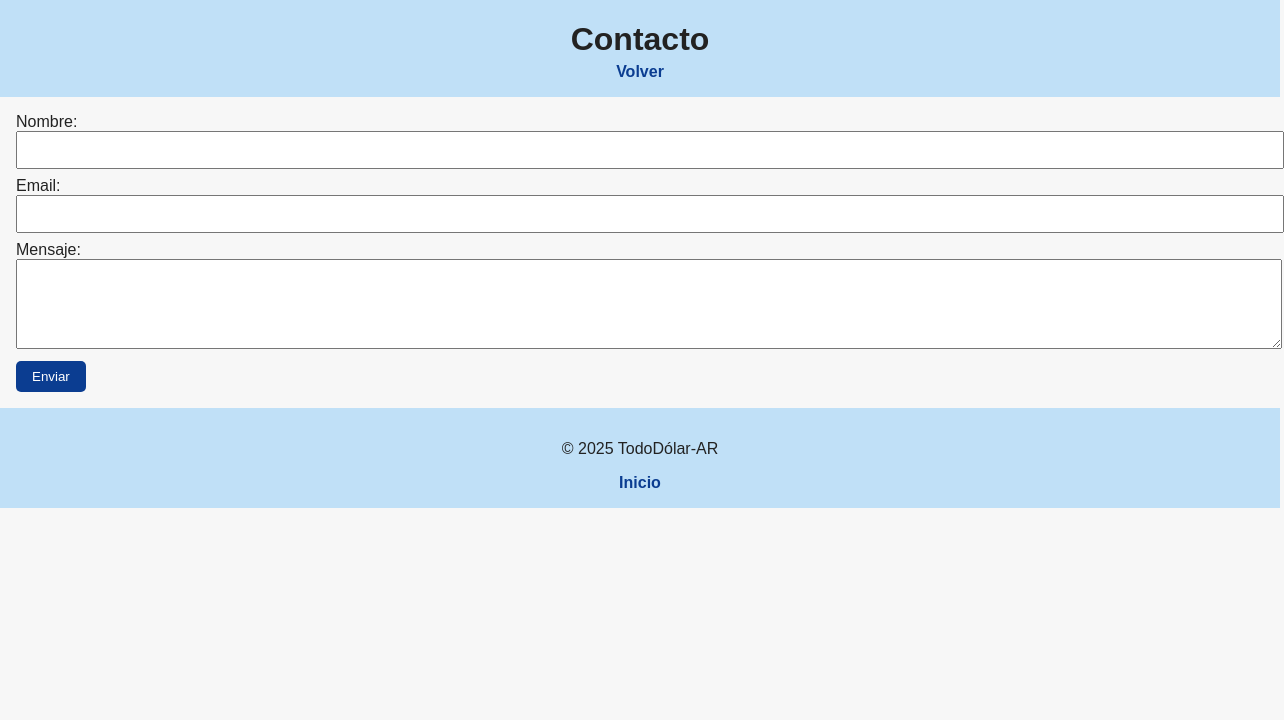
Repository: FabriDevelope/todod-lar-ar
Page: contacto/index.html
These files come from the project's save history. The page is drawn as it stood at one moment and after a run of saves; the edit follows.
The browser window is 1280 px wide. The page is 1284 px wide, so the pictures cover 1284 px, including what lies to the right of the window. The pictures show the whole page.

Above is the page before, as saved 2025-09-06 20:59:03.

### contacto/index.html
<!DOCTYPE html>
<html lang="es">
<head>
  <meta charset="UTF-8">
  <meta name="viewport" content="width=device-width, initial-scale=1.0">
  <title>Contacto - TodoDólar-AR</title>
  <link rel="stylesheet" href="../css/style.css">
</head>
<body>
  <header>
    <h1>Contacto</h1>
    <a href="../index.html">Volver</a>
  </header>

  <main>
    <form>
      <label for="nombre">Nombre:</label>
      <input type="text" id="nombre" required>

      <label for="email">Email:</label>
      <input type="email" id="email" required>

      <label for="mensaje">Mensaje:</label>
      <textarea id="mensaje" rows="4" required></textarea>

      <button type="submit">Enviar</button>
    </form>
  </main>

  <footer>
    <p>&copy; 2025 TodoDólar-AR</p>
    <a href="../index.html">Inicio</a>
  </footer>
</body>
</html>

### css/style.css
body {
  font-family: 'Arial', sans-serif;
  background: #f7f7f7;
  color: #222;
  margin: 0;
  padding: 0;
}

header, footer {
  background: #c0e0f7; /* celeste argentino */
  padding: 1rem;
  text-align: center;
}

header h1 {
  margin: 0.3rem 0;
  font-size: 2rem;
}

a {
  color: #0b3d91;
  text-decoration: none;
  font-weight: bold;
}

main {
  padding: 1rem;
}

input, button, textarea {
  font-family: 'Arial', sans-serif;
}

input, textarea {
  width: 100%;
  padding: 0.5rem;
  margin-bottom: 0.5rem;
  font-size: 1rem;
}

button {
  padding: 0.5rem 1rem;
  background: #0b3d91; /* azul oscuro argentino */
  color: #fff;
  border: none;
  border-radius: 5px;
  cursor: pointer;
}

.grid-container {
  display: grid;
  grid-template-columns: repeat(auto-fit, minmax(200px, 1fr));
  gap: 1rem;
  margin-top: 1rem;
}

.tarjeta {
  background: #fff;
  border: 2px solid #0b3d91;
  border-radius: 8px;
  padding: 1rem;
  text-align: center;
  transition: transform 0.2s, border-color 0.2s;
}

.tarjeta:hover {
  transform: scale(1.05);
  border-color: #0a2b6e;
}

After the next 2 saves:
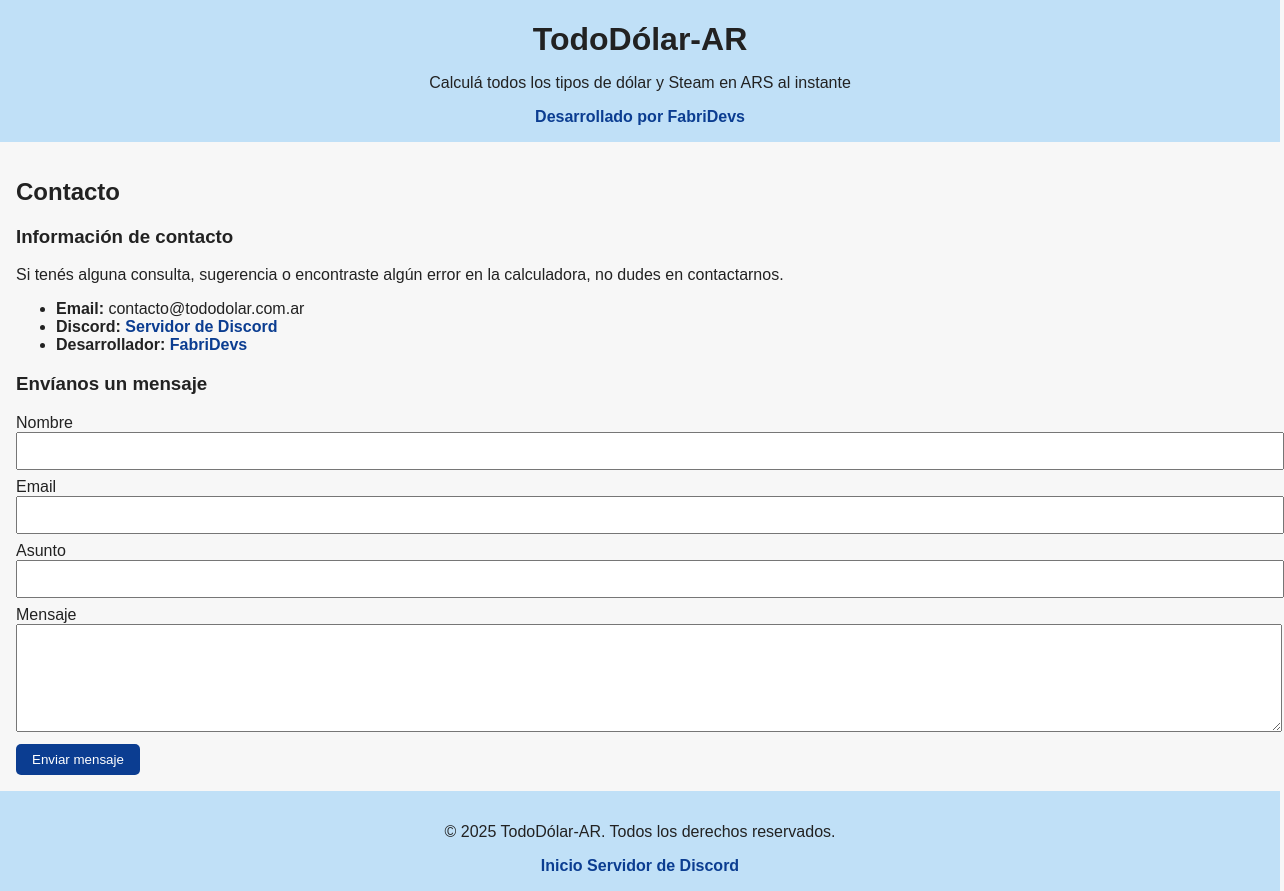
The 2 saves are shown as one change because they came seconds apart.
The last was saved 20 s later.
--- a/contacto/index.html
+++ b/contacto/index.html
@@ -1,35 +1,99 @@
 <!DOCTYPE html>
 <html lang="es">
 <head>
-  <meta charset="UTF-8">
-  <meta name="viewport" content="width=device-width, initial-scale=1.0">
-  <title>Contacto - TodoDólar-AR</title>
-  <link rel="stylesheet" href="../css/style.css">
+    <meta charset="UTF-8">
+    <meta name="viewport" content="width=device-width, initial-scale=1.0">
+    <title>Contacto - TodoDólar-AR</title>
+    <meta name="description" content="Contactanos para consultas sobre la calculadora de tipos de dólar y euro a pesos argentinos.">
+    <link rel="stylesheet" href="../css/style.css">
+    <link rel="icon" type="image/png" href="../favicon.png">
 </head>
 <body>
-  <header>
-    <h1>Contacto</h1>
-    <a href="../index.html">Volver</a>
-  </header>
+    <header>
+        <div class="container">
+            <h1>TodoDólar-AR</h1>
+            <p>Calculá todos los tipos de dólar y Steam en ARS al instante</p>
+            <div class="developer-link">
+                <a href="https://fabridevs.netlify.app" target="_blank">Desarrollado por FabriDevs</a>
+            </div>
+        </div>
+    </header>
 
-  <main>
-    <form>
-      <label for="nombre">Nombre:</label>
-      <input type="text" id="nombre" required>
+    <main>
+        <section class="contact-section">
+            <div class="container">
+                <h2>Contacto</h2>
+                <div class="contact-container">
+                    <div class="contact-info">
+                        <h3>Información de contacto</h3>
+                        <p>Si tenés alguna consulta, sugerencia o encontraste algún error en la calculadora, no dudes en contactarnos.</p>
+                        <ul>
+                            <li><strong>Email:</strong> contacto@tododolar.com.ar</li>
+                            <li><strong>Discord:</strong> <a href="https://discord.gg/tododolar" target="_blank">Servidor de Discord</a></li>
+                            <li><strong>Desarrollador:</strong> <a href="https://fabridevs.netlify.app" target="_blank">FabriDevs</a></li>
+                        </ul>
+                    </div>
+                    <div class="contact-form">
+                        <h3>Envíanos un mensaje</h3>
+                        <form id="contact-form">
+                            <div class="form-group">
+                                <label for="name">Nombre</label>
+                                <input type="text" id="name" name="name" required>
+                            </div>
+                            <div class="form-group">
+                                <label for="email">Email</label>
+                                <input type="email" id="email" name="email" required>
+                            </div>
+                            <div class="form-group">
+                                <label for="subject">Asunto</label>
+                                <input type="text" id="subject" name="subject" required>
+                            </div>
+                            <div class="form-group">
+                                <label for="message">Mensaje</label>
+                                <textarea id="message" name="message" rows="5" required></textarea>
+                            </div>
+                            <button type="submit">Enviar mensaje</button>
+                        </form>
+                        <div id="form-message" class="form-message"></div>
+                    </div>
+                </div>
+            </div>
+        </section>
+    </main>
 
-      <label for="email">Email:</label>
-      <input type="email" id="email" required>
+    <footer>
+        <div class="container">
+            <div class="footer-content">
+                <div class="copyright">
+                    <p>&copy; 2025 TodoDólar-AR. Todos los derechos reservados.</p>
+                </div>
+                <div class="footer-links">
+                    <a href="./">Inicio</a>
+                    <a href="https://discord.gg/tododolar" target="_blank">Servidor de Discord</a>
+                </div>
+            </div>
+        </div>
+    </footer>
 
-      <label for="mensaje">Mensaje:</label>
-      <textarea id="mensaje" rows="4" required></textarea>
+    <script>
+        document.addEventListener('DOMContentLoaded', function() {
+            const contactForm = document.getElementById('contact-form');
+            const formMessage = document.getElementById('form-message');
 
-      <button type="submit">Enviar</button>
-    </form>
-  </main>
+            contactForm.addEventListener('submit', function(e) {
+                e.preventDefault();
 
-  <footer>
-    <p>&copy; 2025 TodoDólar-AR</p>
-    <a href="../index.html">Inicio</a>
-  </footer>
+                // Simulación de envío de formulario
+                formMessage.textContent = 'Enviando mensaje...';
+                formMessage.className = 'form-message sending';
+
+                setTimeout(function() {
+                    formMessage.textContent = '¡Mensaje enviado con éxito! Te responderemos a la brevedad.';
+                    formMessage.className = 'form-message success';
+                    contactForm.reset();
+                }, 1500);
+            });
+        });
+    </script>
 </body>
 </html>
